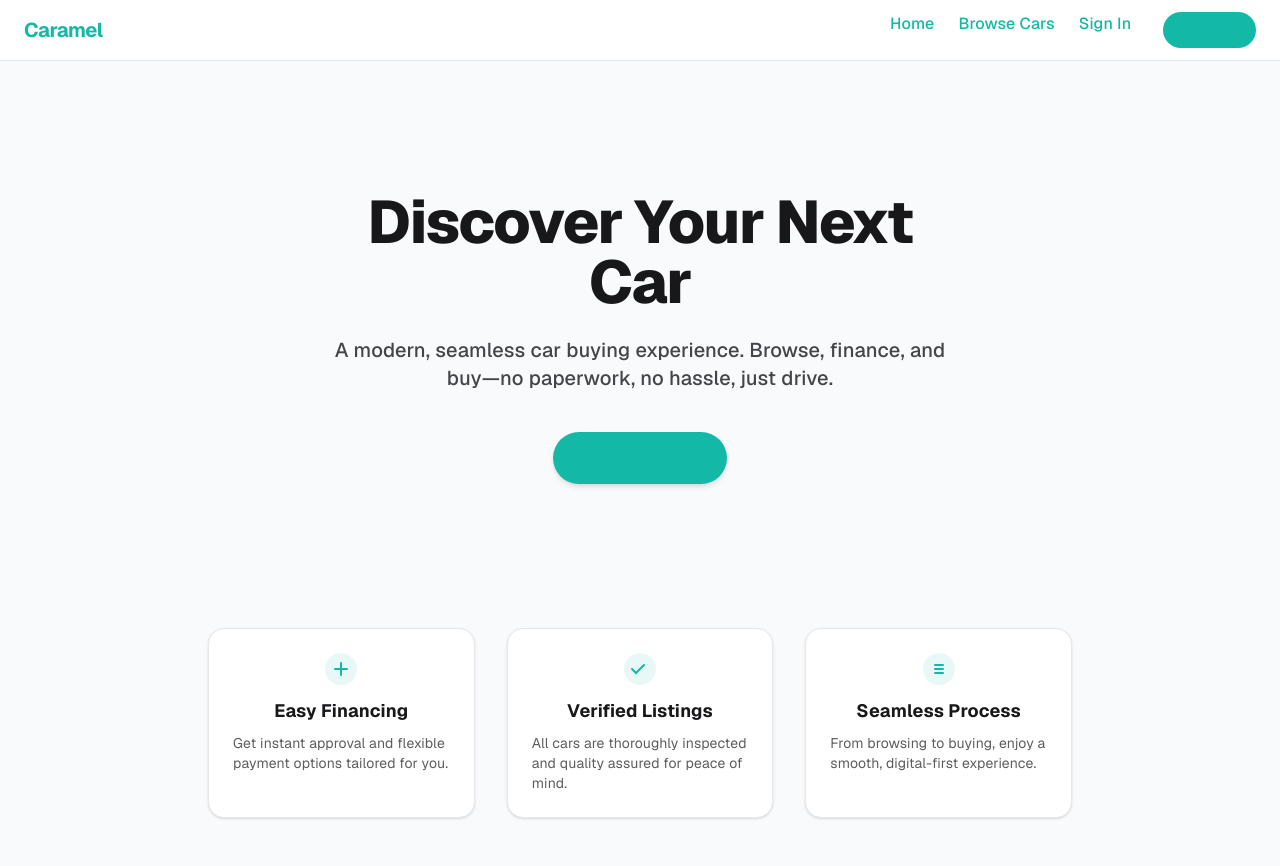
Repository: virat07/sellyourcar
Page: /
These files come from the project's save history. The page is drawn as it stood at one moment and after the next save; the edit follows.
The browser window is 1280 px wide. The pictures show the whole page.
The project was rebuilt for these pictures with package versions that can differ from the ones it lists, and the page was loaded fresh each time. The framework's server and built-in components were replaced by stand-ins that run in the browser. Also part of the build but not shown: next.config.ts.

Above is the page before, as saved 2025-07-18 15:15:48.

After the next save:
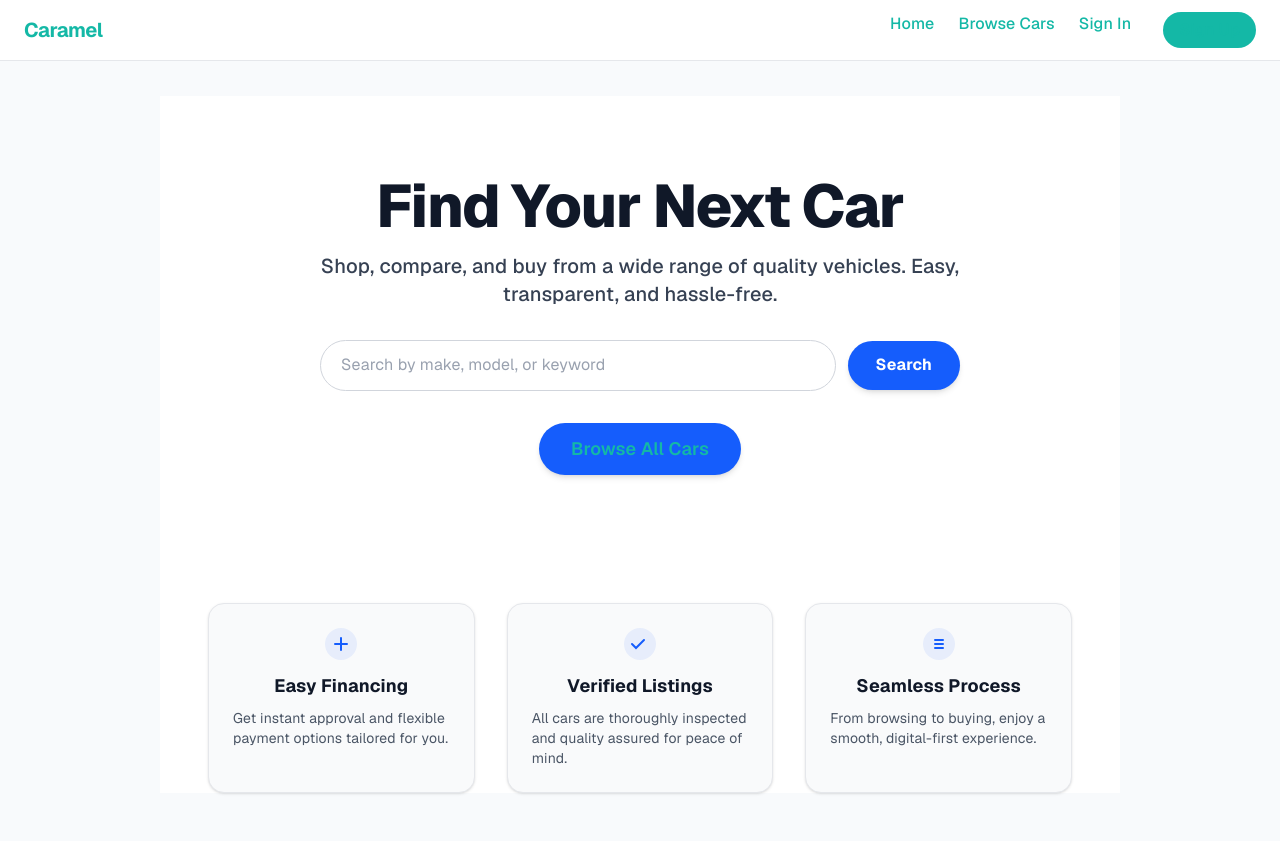
Saved 90 s later.
--- a/src/app/page.tsx
+++ b/src/app/page.tsx
@@ -2,36 +2,51 @@ import Link from "next/link";
 
 export default function Home() {
   return (
-    <main className="flex flex-col items-center justify-center min-h-[80vh]">
-      <section className="w-full max-w-2xl mx-auto text-center py-24 px-4">
-        <h1 className="text-5xl sm:text-6xl font-extrabold tracking-tight mb-6 text-[var(--foreground)]">
-          Discover Your Next Car
+    <main className="flex flex-col items-center justify-center min-h-[80vh] bg-white">
+      <section className="w-full max-w-2xl mx-auto text-center py-20 px-4">
+        <h1 className="text-5xl sm:text-6xl font-extrabold tracking-tight mb-4 text-gray-900">
+          Find Your Next Car
         </h1>
-        <p className="text-lg sm:text-xl text-[var(--foreground)]/80 font-medium mb-10">
-          A modern, seamless car buying experience. Browse, finance, and buy—no paperwork, no hassle, just drive.
+        <p className="text-lg sm:text-xl text-gray-700 font-medium mb-8">
+          Shop, compare, and buy from a wide range of quality vehicles. Easy, transparent, and hassle-free.
         </p>
+        {/* Search Bar (not functional) */}
+        <form className="w-full flex flex-col sm:flex-row items-center gap-3 mb-8">
+          <input
+            type="text"
+            placeholder="Search by make, model, or keyword"
+            className="flex-1 px-5 py-3 rounded-full border border-gray-300 focus:border-blue-500 focus:ring-2 focus:ring-blue-200 outline-none text-lg bg-white text-gray-900 placeholder:text-gray-400"
+            aria-label="Search cars"
+          />
+          <button
+            type="submit"
+            className="px-7 py-3 bg-blue-600 text-white font-bold rounded-full shadow-md hover:bg-blue-700 transition-all text-lg"
+          >
+            Search
+          </button>
+        </form>
         <Link
           href="/cars"
-          className="inline-block px-8 py-3 bg-[var(--accent)] text-white text-lg font-semibold rounded-full shadow-md hover:bg-opacity-90 transition"
+          className="inline-block px-8 py-3 bg-blue-600 text-white text-lg font-semibold rounded-full shadow-md hover:bg-blue-700 transition"
         >
-          Browse Cars
+          Browse All Cars
         </Link>
       </section>
       <section className="w-full max-w-4xl mx-auto grid grid-cols-1 sm:grid-cols-3 gap-8 mt-12 px-4">
-        <div className="bg-white dark:bg-[#23272f] border border-[var(--border)] rounded-2xl p-6 shadow-sm flex flex-col items-center">
-          <svg width="32" height="32" fill="none" className="mb-3 text-[var(--accent)]"><circle cx="16" cy="16" r="16" fill="currentColor" fillOpacity="0.1"/><path d="M10 16h12M16 10v12" stroke="currentColor" strokeWidth="2" strokeLinecap="round"/></svg>
-          <h3 className="font-bold text-lg mb-2">Easy Financing</h3>
-          <p className="text-sm text-[var(--foreground)]/70">Get instant approval and flexible payment options tailored for you.</p>
+        <div className="bg-gray-50 border border-gray-200 rounded-2xl p-6 shadow-sm flex flex-col items-center">
+          <svg width="32" height="32" fill="none" className="mb-3 text-blue-600"><circle cx="16" cy="16" r="16" fill="currentColor" fillOpacity="0.08"/><path d="M10 16h12M16 10v12" stroke="currentColor" strokeWidth="2" strokeLinecap="round"/></svg>
+          <h3 className="font-bold text-lg mb-2 text-gray-900">Easy Financing</h3>
+          <p className="text-sm text-gray-600">Get instant approval and flexible payment options tailored for you.</p>
         </div>
-        <div className="bg-white dark:bg-[#23272f] border border-[var(--border)] rounded-2xl p-6 shadow-sm flex flex-col items-center">
-          <svg width="32" height="32" fill="none" className="mb-3 text-[var(--accent)]"><circle cx="16" cy="16" r="16" fill="currentColor" fillOpacity="0.1"/><path d="M8 16l4 4 8-8" stroke="currentColor" strokeWidth="2" strokeLinecap="round"/></svg>
-          <h3 className="font-bold text-lg mb-2">Verified Listings</h3>
-          <p className="text-sm text-[var(--foreground)]/70">All cars are thoroughly inspected and quality assured for peace of mind.</p>
+        <div className="bg-gray-50 border border-gray-200 rounded-2xl p-6 shadow-sm flex flex-col items-center">
+          <svg width="32" height="32" fill="none" className="mb-3 text-blue-600"><circle cx="16" cy="16" r="16" fill="currentColor" fillOpacity="0.08"/><path d="M8 16l4 4 8-8" stroke="currentColor" strokeWidth="2" strokeLinecap="round"/></svg>
+          <h3 className="font-bold text-lg mb-2 text-gray-900">Verified Listings</h3>
+          <p className="text-sm text-gray-600">All cars are thoroughly inspected and quality assured for peace of mind.</p>
         </div>
-        <div className="bg-white dark:bg-[#23272f] border border-[var(--border)] rounded-2xl p-6 shadow-sm flex flex-col items-center">
-          <svg width="32" height="32" fill="none" className="mb-3 text-[var(--accent)]"><circle cx="16" cy="16" r="16" fill="currentColor" fillOpacity="0.1"/><path d="M12 20h8M12 16h8M12 12h8" stroke="currentColor" strokeWidth="2" strokeLinecap="round"/></svg>
-          <h3 className="font-bold text-lg mb-2">Seamless Process</h3>
-          <p className="text-sm text-[var(--foreground)]/70">From browsing to buying, enjoy a smooth, digital-first experience.</p>
+        <div className="bg-gray-50 border border-gray-200 rounded-2xl p-6 shadow-sm flex flex-col items-center">
+          <svg width="32" height="32" fill="none" className="mb-3 text-blue-600"><circle cx="16" cy="16" r="16" fill="currentColor" fillOpacity="0.08"/><path d="M12 20h8M12 16h8M12 12h8" stroke="currentColor" strokeWidth="2" strokeLinecap="round"/></svg>
+          <h3 className="font-bold text-lg mb-2 text-gray-900">Seamless Process</h3>
+          <p className="text-sm text-gray-600">From browsing to buying, enjoy a smooth, digital-first experience.</p>
         </div>
       </section>
     </main>
